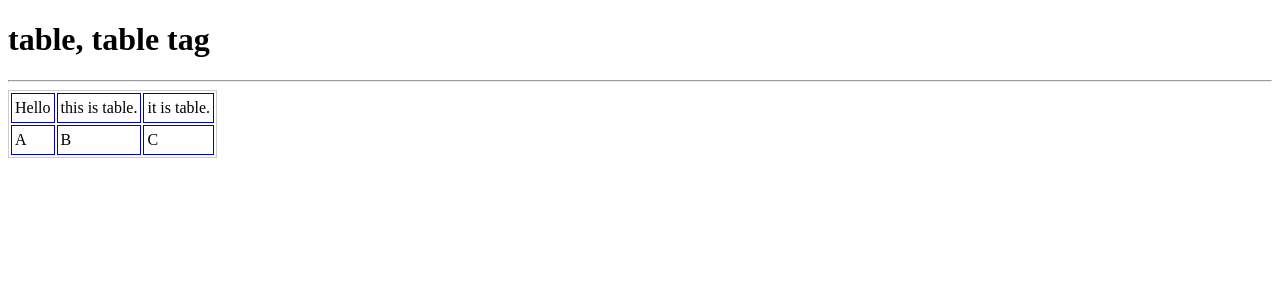
Repository: jihoonys82/weblec
Page: Front/WebContent/Ex01_HTML_tag/tagEx_05.html
An editor plug-in stored every save of this project. The page is shown before and after the next save, followed by the edit.
The browser window is 1280 px wide. The pictures show the whole page.

Above is the page before, as saved 2018-07-23 11:14:09.

After the next save:
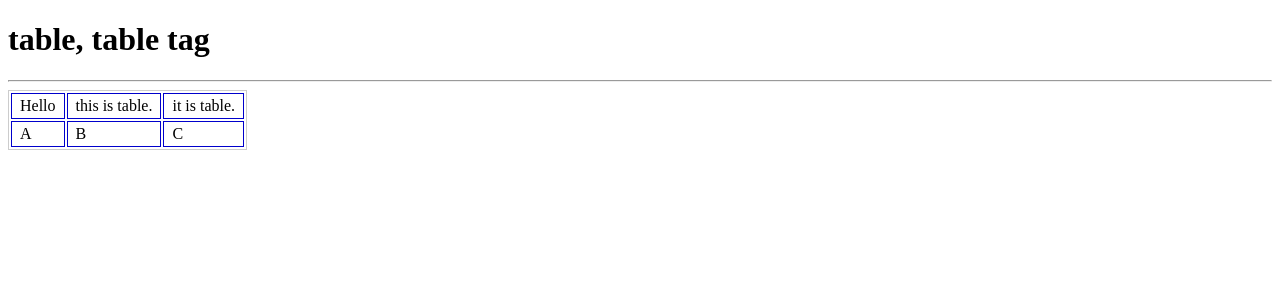
Saved 7 s later.
--- a/Front/WebContent/Ex01_HTML_tag/tagEx_05.html
+++ b/Front/WebContent/Ex01_HTML_tag/tagEx_05.html
@@ -12,7 +12,7 @@ table { /* Table outside square */
 
 td { /* each table data cell */
 	border: 1px solid #00C;
-	padding : 5px 3px;
+	padding : 3px 8px;
  }
 
 </style>
